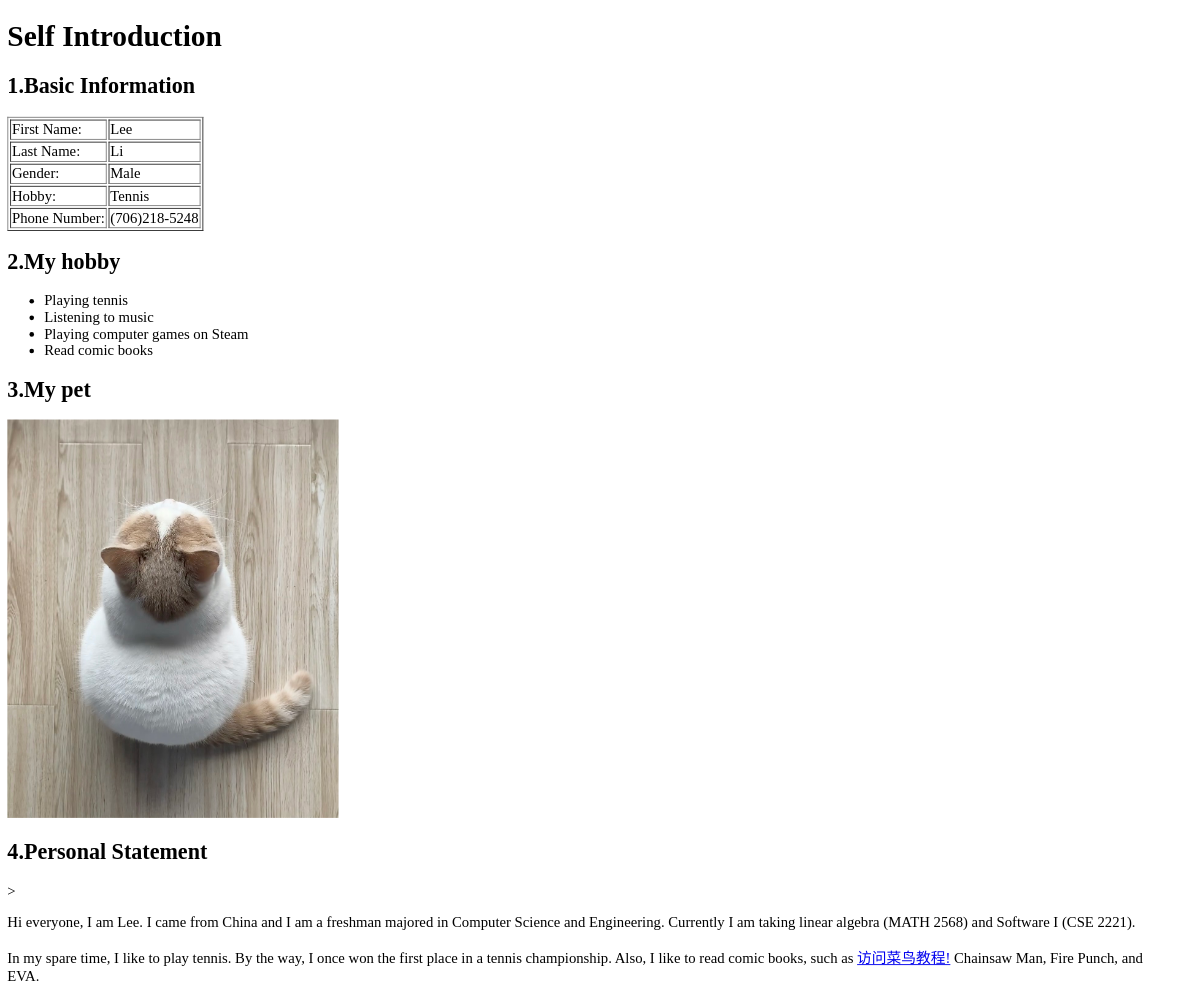
Repository: RigelLM/Java-Learning
Page: HomePage/public/Index.html
These files come from the project's save history. The page is drawn as it stood at one moment and after the next save; the edit follows.
The browser window is 1280 px wide. The pictures show the whole page, at 92% of full size.

Above is the page before, as saved 2023-01-17 17:33:34.

### HomePage/public/Index.html
<?xml version="1.0" encoding="UTF-8" ?>
<!DOCTYPE html PUBLIC "-//W3C//DTD XHTML 1.0 Strict//EN" "http://www.w3.org/TR/xhtml1/DTD/xhtml1-strict.dtd">
<html xmlns="http://www.w3.org/1999/xhtml">
<head>
<meta http-equiv="Content-Type" content="text/html; charset=UTF-8" />



<title>Personal Information</title>
</head>
<body>
<h1>Self Introduction</h1>
<h2>1.Basic Information</h2>
<table border="1">
    <tr>
        <td>First Name:</td><td>Lee</td>
    </tr>
    <tr>
        <td>Last Name:</td><td>Li</td>
    </tr>
    <tr>
        <td>Gender:</td><td>Male</td>
    </tr>
    <tr>
        <td>Hobby:</td><td>Tennis</td>
    </tr>
    <tr>
        <td>Phone Number:</td><td>(706)218-5248</td>
    </tr>
</table>
<h2>2.My hobby</h2>
<ul>
<li>Playing tennis</li>
<li>Listening to music</li>
<li>Playing computer games on Steam</li>
<li>Read comic books</li>
</ul>
<h2>3.My pet</h2>
<img src="cat.jpg" alt="My Cat" width="360" height="433">
<h2>4.Personal Statement</h2>>
<p>Hi everyone, I am Lee. I came from China and I am a freshman majored in Computer Science and Engineering. Currently I am taking linear algebra (MATH 2568) and Software I (CSE 2221).</p>
<p>In my spare time, I like to play tennis. By the way, I once won the first place in a tennis championship. Also, I like to read comic books, such as <a href="https://en.wikipedia.org/wiki/Chainsaw_Man" target="_blank" rel="noopener noreferrer">访问菜鸟教程!</a> Chainsaw Man, Fire Punch, and EVA. </p>
</body>
</html>

After the next save:
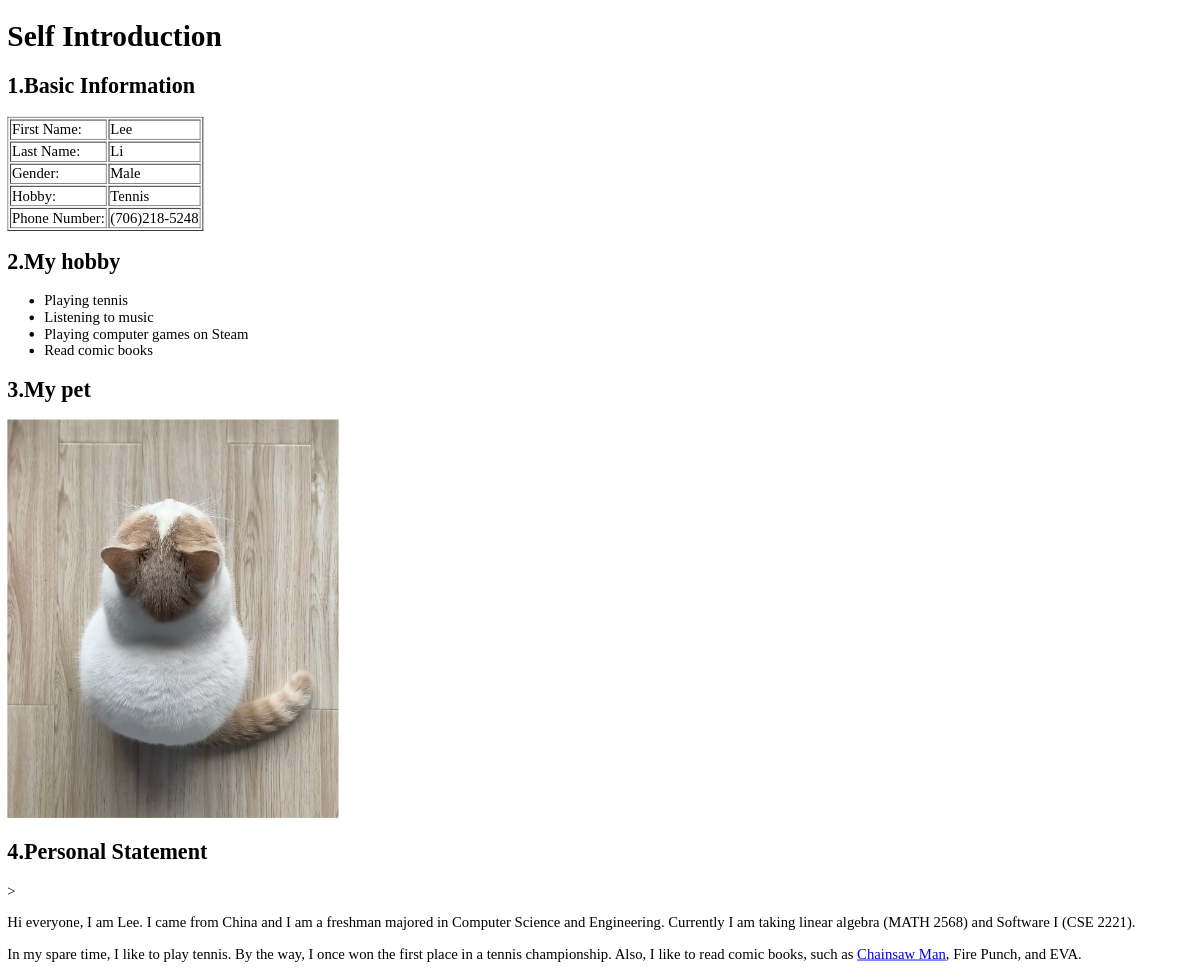
Saved 41 s later.
--- a/HomePage/public/Index.html
+++ b/HomePage/public/Index.html
@@ -39,6 +39,6 @@
 <img src="cat.jpg" alt="My Cat" width="360" height="433">
 <h2>4.Personal Statement</h2>>
 <p>Hi everyone, I am Lee. I came from China and I am a freshman majored in Computer Science and Engineering. Currently I am taking linear algebra (MATH 2568) and Software I (CSE 2221).</p>
-<p>In my spare time, I like to play tennis. By the way, I once won the first place in a tennis championship. Also, I like to read comic books, such as <a href="https://en.wikipedia.org/wiki/Chainsaw_Man" target="_blank" rel="noopener noreferrer">访问菜鸟教程!</a> Chainsaw Man, Fire Punch, and EVA. </p>
+<p>In my spare time, I like to play tennis. By the way, I once won the first place in a tennis championship. Also, I like to read comic books, such as <a href="https://en.wikipedia.org/wiki/Chainsaw_Man" target="_blank" rel="noopener noreferrer">Chainsaw Man</a>, Fire Punch, and EVA. </p>
 </body>
 </html>
